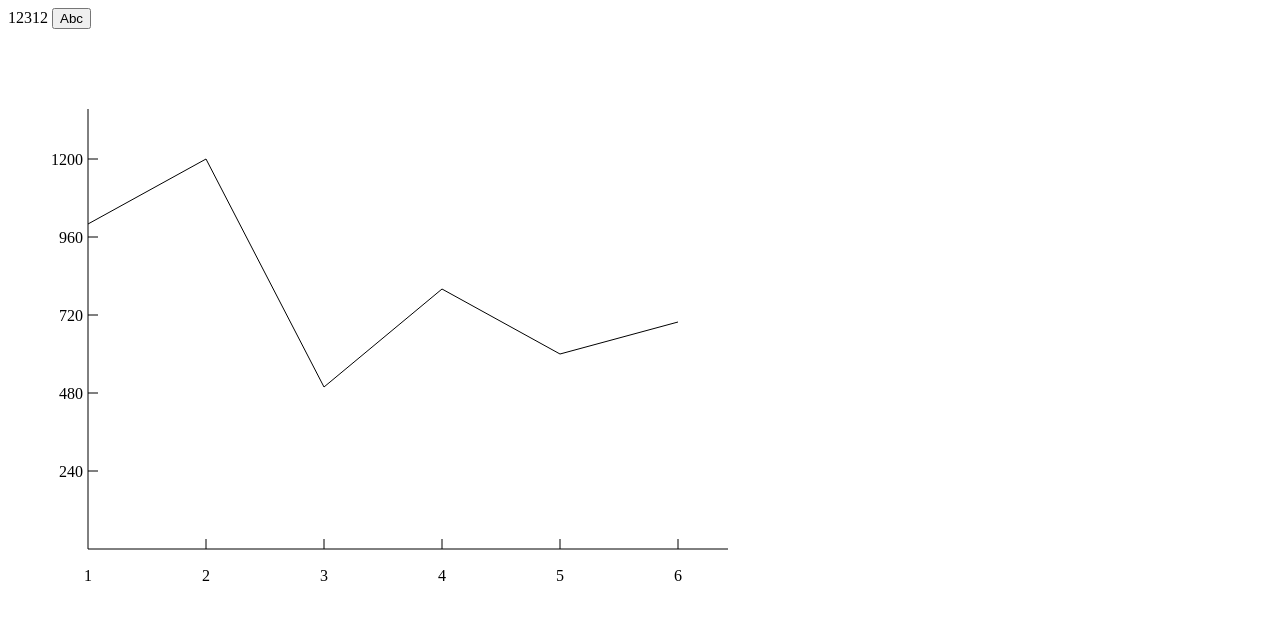
Repository: ycdtc/movie
Page: aaa/WebContent/index.html
These files come from the project's save history. The page is drawn as it stood at one moment and after the next save; the edit follows.
The browser window is 1280 px wide. The pictures show the whole page.
After loading, the first visible `#abc` was clicked once.

Above is the page before, as saved 2017-06-21 07:20:07.

After the next save:
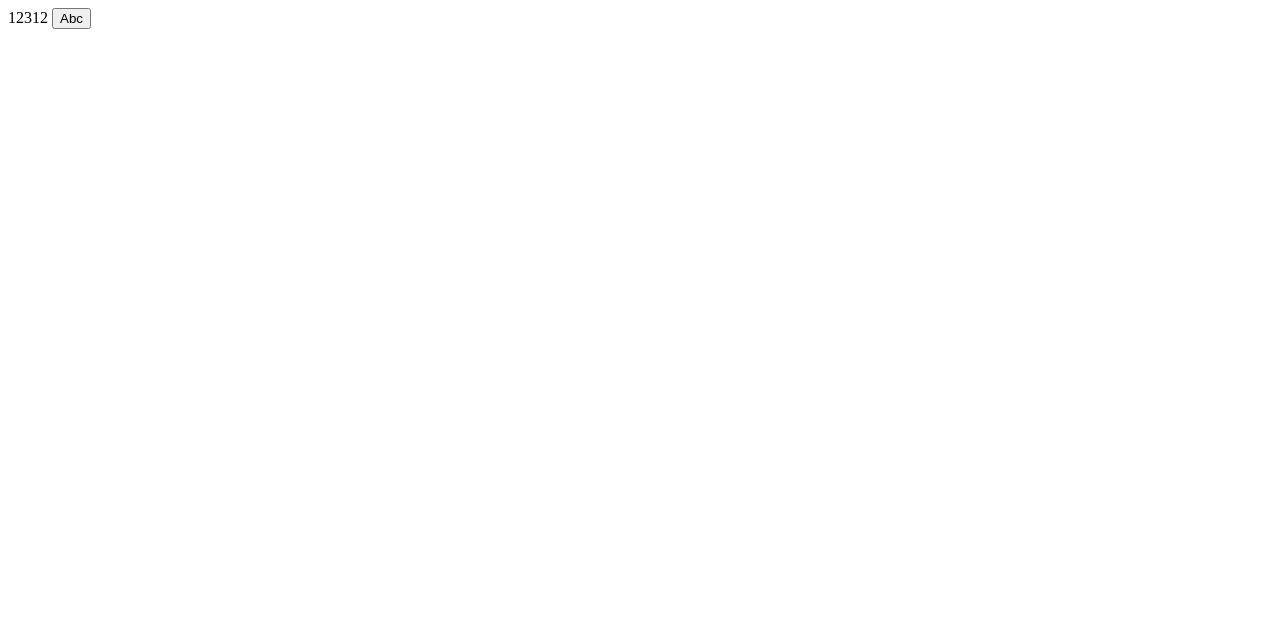
Console error: ReferenceError: cw is not defined
Saved 12 min 58 s later.
--- a/aaa/WebContent/javascript/base.js
+++ b/aaa/WebContent/javascript/base.js
@@ -49,17 +49,12 @@
 }
 
 function drawLine(chart,value,name){
-    var canvas = document.getElementById(chart);//获取dom对象
+    var canvas = document.getElementById(chart);
     var ctx = canvas.getContext('2d');
-    //画布的款高
-    var cw = canvas.width;
-    var ch = canvas.height;
-    //内间距padding
-    var padding = 80;
-    //原点，bottomRight:X轴终点,topLeft:Y轴终点
-    var origin = {x:padding,y:ch-padding};
-    var bottomRight = {x:cw-padding,y:ch-padding};
-    var topLeft = {x:padding,y:padding};
+    var origin = {x:80,y:520};
+    var bottomRight = {x:720,y:520};
+    var topLeft = {x:80,y:80};
+
     //绘制X轴
     ctx.beginPath();
     ctx.moveTo(origin.x,origin.y);
@@ -67,8 +62,9 @@
     //绘制Y轴
     ctx.moveTo(origin.x,origin.y);
     ctx.lineTo(topLeft.x,topLeft.y);
-    //设置字号
-    ctx.font = '16px SimHei';
+
+//    //设置字号
+//    ctx.font = '16px SimHei';
     //绘制X方向刻度
     //计算刻度可使用的总宽度
     var avgWidth = (cw - 2*padding - 50)/(value.length-1);

After the save that followed:
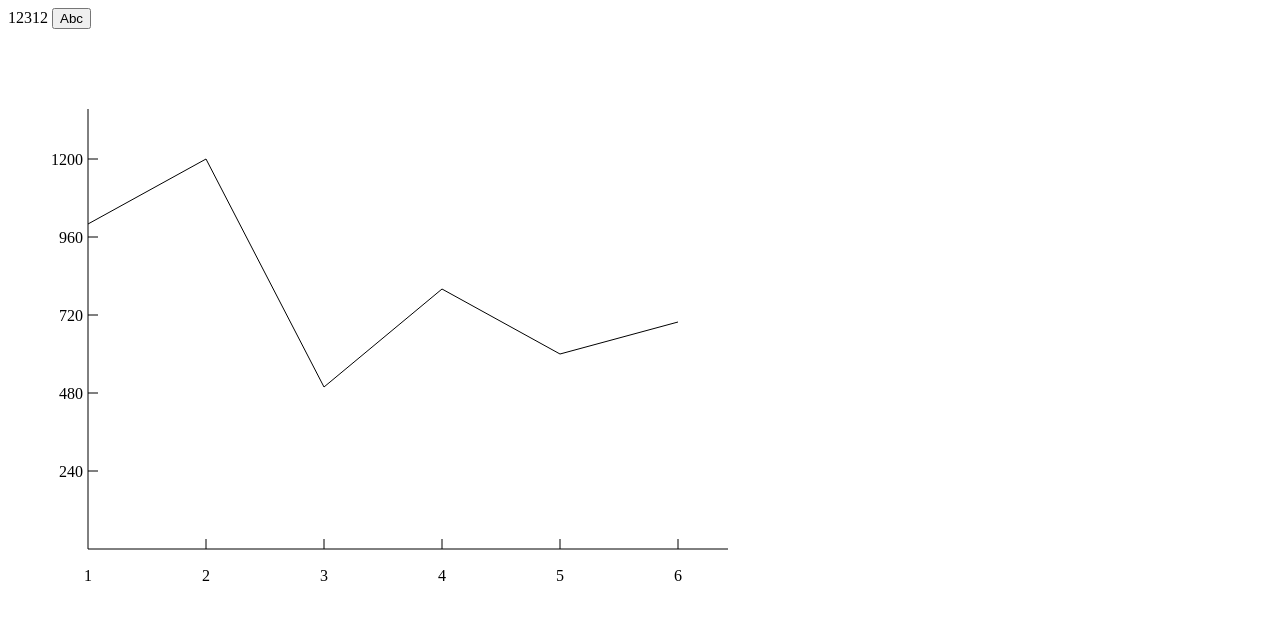
The error is gone.
Saved 11 min 16 s later.
--- a/aaa/WebContent/javascript/base.js
+++ b/aaa/WebContent/javascript/base.js
@@ -51,10 +51,15 @@
 function drawLine(chart,value,name){
     var canvas = document.getElementById(chart);
     var ctx = canvas.getContext('2d');
-    var origin = {x:80,y:520};
-    var bottomRight = {x:720,y:520};
-    var topLeft = {x:80,y:80};
-
+    //画布的款高
+    var cw = canvas.width;
+    var ch = canvas.height;
+    //内间距padding
+    var padding = 80;
+    //原点，bottomRight:X轴终点,topLeft:Y轴终点
+    var origin = {x:padding,y:ch-padding};
+    var bottomRight = {x:cw-padding,y:ch-padding};
+    var topLeft = {x:padding,y:padding};
     //绘制X轴
     ctx.beginPath();
     ctx.moveTo(origin.x,origin.y);
@@ -62,9 +67,8 @@
     //绘制Y轴
     ctx.moveTo(origin.x,origin.y);
     ctx.lineTo(topLeft.x,topLeft.y);
-
-//    //设置字号
-//    ctx.font = '16px SimHei';
+    //设置字号
+    ctx.font = '16px SimHei';
     //绘制X方向刻度
     //计算刻度可使用的总宽度
     var avgWidth = (cw - 2*padding - 50)/(value.length-1);
@@ -76,7 +80,6 @@
             //绘制到刻度终点
             ctx.lineTo(origin.x+i*avgWidth,origin.y-10);
         }
-        //X轴说明文字：1月，2月...
         var txtWidth = ctx.measureText(name[i]).width;
         ctx.fillText(
                 name[i],
